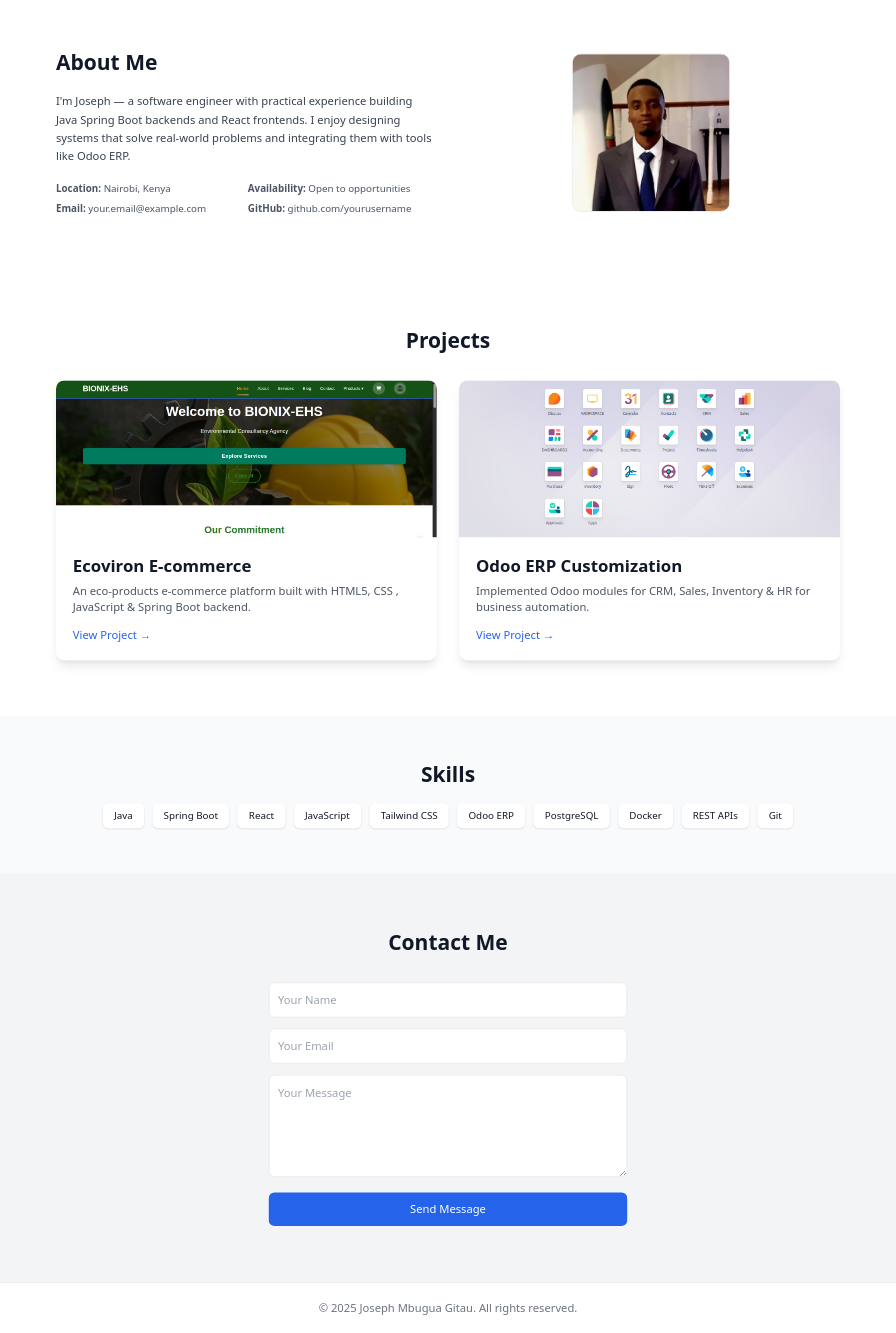
Repository: mbuguag/Portfolio
Page: /
An editor plug-in stored every save of this project. The page is shown before and after the next save, followed by the edit.
The browser window is 1280 px wide. The pictures show the part of the page from y = 729 to 2649 px (the page is 2633 px tall before and 2649 px after), at 70% of full size.
The project was rebuilt for these pictures with package versions that can differ from the ones it lists, and the page was loaded fresh each time. Also part of the build but not shown: vite.config.js.

Above is the page before, as saved 2025-10-24 10:12:46.

### index.html
<!doctype html>
<html lang="en">
  <head>
    <meta charset="UTF-8" />
    <link rel="icon" type="image/svg+xml" href="/vite.svg" />
    <meta name="viewport" content="width=device-width, initial-scale=1.0" />
    <title>dev-portfolio</title>
  </head>
  <body>
    <div id="root"></div>
    <script type="module" src="/src/main.jsx"></script>
  </body>
</html>

### src/index.css
@tailwind base;
@tailwind components;
@tailwind utilities;

/* Global */
:root {
  scroll-behavior: smooth;
}

body {
  @apply bg-white text-gray-900 dark:bg-gray-900 dark:text-gray-100 font-sans;
}

/* container helper */
.container {
  @apply max-w-6xl mx-auto px-4;
}

/* small utility */
.section-title {
  @apply text-3xl font-semibold mb-6;
}

.card {
  @apply bg-white dark:bg-gray-800 rounded-xl shadow-sm overflow-hidden;
}

### src/App.jsx
import Navbar from "./components/Navbar/Navbar";
import Hero from "./components/Hero/Hero";
import About from "./components/About/About";
import Projects from "./components/Projects";
import Skills from "./components/Skills/Skills";
import Contact from "./components/Contact/Contact";
import Footer from "./components/Footer/Footer";

function App() {
  return (
    <>
      <Navbar />
      <Hero />
      <About />
      <Projects />
      <Skills />
      <Contact />
      <Footer />
    </>
  );
}

export default App;

### src/components/Navbar/Navbar.jsx
import React from "react";

export default function Navbar() {
  return (
    <header className="fixed top-0 left-0 right-0 z-50 bg-white/80 dark:bg-gray-900/80 backdrop-blur-sm border-b border-gray-200 dark:border-gray-800">
      <div className="container flex items-center justify-between py-3">
        <a href="#home" className="text-xl font-bold text-blue-600">Mbugua.Dev</a>

        <nav className="hidden md:flex gap-6 items-center text-sm text-gray-700 dark:text-gray-300">
          <a href="#about" className="hover:text-blue-600">About</a>
          <a href="#skills" className="hover:text-blue-600">Skills</a>
          <a href="#projects" className="hover:text-blue-600">Projects</a>
          <a href="#contact" className="hover:text-blue-600">Contact</a>
          <a
            href="/resume.pdf"
            className="ml-4 inline-block px-4 py-2 text-sm border rounded-md border-blue-600 text-blue-600 hover:bg-blue-600 hover:text-white transition"
            download
          >
            Resume
          </a>
        </nav>

        {/* mobile placeholder (expand later if you want a menu) */}
        <div className="md:hidden text-sm text-gray-700 dark:text-gray-300">
          <a href="#projects" className="px-3 py-1 bg-blue-600 text-white rounded-md">View Work</a>
        </div>
      </div>
    </header>
  );
}

### src/components/Hero/Hero.jsx
import React from "react";

export default function Hero() {
  return (
    <section id="home" className="min-h-screen flex items-center justify-center pt-20">
      <div className="container text-center py-24">
        <h1 className="text-4xl sm:text-5xl lg:text-6xl font-extrabold leading-tight">
          Hi, I’m <span className="text-blue-600">Joseph Mbugua Gitau</span>
        </h1>
        <p className="mt-6 text-lg text-gray-600 dark:text-gray-300 max-w-2xl mx-auto">
          Software Engineer — I build scalable backends and clean frontends.
          Main stack: Spring Boot, React, Odoo ERP integrations.
        </p>

        <div className="mt-10 flex justify-center gap-4">
          <a href="#projects" className="px-6 py-3 bg-blue-600 text-white rounded-lg shadow hover:bg-blue-700 transition">
            View Projects
          </a>
          <a href="mailto:your.email@example.com" className="px-6 py-3 border rounded-lg border-gray-300 dark:border-gray-700 hover:bg-gray-100 dark:hover:bg-gray-800 transition">
            Contact Me
          </a>
        </div>
      </div>
    </section>
  );
}

### src/components/About/About.jsx
import React from "react";

export default function About() {
  return (
    <section id="about" className="py-20">
      <div className="container grid md:grid-cols-2 gap-10 items-center">
        <div>
          <h2 className="section-title">About Me</h2>
          <p className="text-gray-700 dark:text-gray-300 leading-relaxed">
            I'm Joseph — a software engineer with practical experience building Java Spring Boot backends and React frontends.
            I enjoy designing systems that solve real-world problems and integrating them with tools like Odoo ERP.
          </p>

          <ul className="mt-6 grid grid-cols-2 gap-2 text-sm text-gray-600 dark:text-gray-400">
            <li><strong>Location:</strong> Nairobi, Kenya</li>
            <li><strong>Availability:</strong> Open to opportunities</li>
            <li><strong>Email:</strong> your.email@example.com</li>
            <li><strong>GitHub:</strong> github.com/yourusername</li>
          </ul>
        </div>

        <div className="flex justify-center">
          <div className="w-56 h-56 rounded-xl overflow-hidden ring-1 ring-gray-200 dark:ring-gray-700">
            <img src="/profile.jpg" alt="Joseph Mbugua" className="w-full h-full object-cover" />
          </div>
        </div>
      </div>
    </section>
  );
}

### src/components/Projects.jsx
const projects = [
  {
    title: "Ecoviron E-commerce",
    description: "An eco-products e-commerce platform built with HTML5, CSS , JavaScript & Spring Boot backend.",
    image: "/Bionix.png",
    link: "https://www.bionix-hse.co.ke",
  },
  {
    title: "Odoo ERP Customization",
    description: "Implemented Odoo modules for CRM, Sales, Inventory & HR for business automation.",
    image: "/Odoo.png",
    link: "#",
  },
];

export default function Projects() {
  return (
    <section id="projects" className="py-20 container">
      <h2 className="text-3xl font-bold mb-10 text-center">Projects</h2>
      <div className="grid md:grid-cols-2 gap-8">
        {projects.map((proj) => (
          <div key={proj.title} className="bg-white dark:bg-gray-800 rounded-xl shadow-lg overflow-hidden">
            <img src={proj.image} alt={proj.title} className="w-full h-56 object-cover" />
            <div className="p-6">
              <h3 className="text-2xl font-semibold mb-2">{proj.title}</h3>
              <p className="text-gray-600 dark:text-gray-300 mb-4">{proj.description}</p>
              <a href={proj.link} target="_blank" className="text-blue-600 hover:text-blue-800 dark:text-blue-400 dark:hover:text-blue-200">View Project →</a>
            </div>
          </div>
        ))}
      </div>
    </section>
  );
}

### src/components/Skills/Skills.jsx
import React from "react";

const skills = [
  "Java", "Spring Boot", "React", "JavaScript", "Tailwind CSS",
  "Odoo ERP", "PostgreSQL", "Docker", "REST APIs", "Git"
];

export default function Skills() {
  return (
    <section id="skills" className="py-16 bg-gray-50 dark:bg-gray-800">
      <div className="container">
        <h2 className="section-title text-center">Skills</h2>
        <div className="mt-6 flex flex-wrap justify-center gap-3">
          {skills.map((s) => (
            <span key={s} className="px-4 py-2 rounded-lg bg-white dark:bg-gray-700 shadow text-sm">
              {s}
            </span>
          ))}
        </div>
      </div>
    </section>
  );
}

### src/components/Contact/Contact.jsx
export default function Contact() {
  return (
    <section id="contact" className="py-20 bg-gray-100 dark:bg-gray-800">
      <h2 className="text-3xl font-bold mb-10 text-center">Contact Me</h2>
      <form className="max-w-lg mx-auto space-y-4">
        <input type="text" placeholder="Your Name" className="w-full p-3 rounded-lg border dark:bg-gray-700 dark:border-gray-600" />
        <input type="email" placeholder="Your Email" className="w-full p-3 rounded-lg border dark:bg-gray-700 dark:border-gray-600" />
        <textarea placeholder="Your Message" rows="5" className="w-full p-3 rounded-lg border dark:bg-gray-700 dark:border-gray-600"></textarea>
        <button className="w-full bg-blue-600 text-white py-3 rounded-lg hover:bg-blue-700 transition">Send Message</button>
      </form>
    </section>
  );
}

### src/components/Footer/Footer.jsx
export default function Footer() {
  return (
    <footer className="py-6 text-center text-gray-500 dark:text-gray-400 border-t border-gray-200 dark:border-gray-700">
      © {new Date().getFullYear()} Joseph Mbugua Gitau. All rights reserved.
    </footer>
  );
}

Loaded but not shown: src/main.jsx (common file); tailwind.config.js (common file)

After the next save:
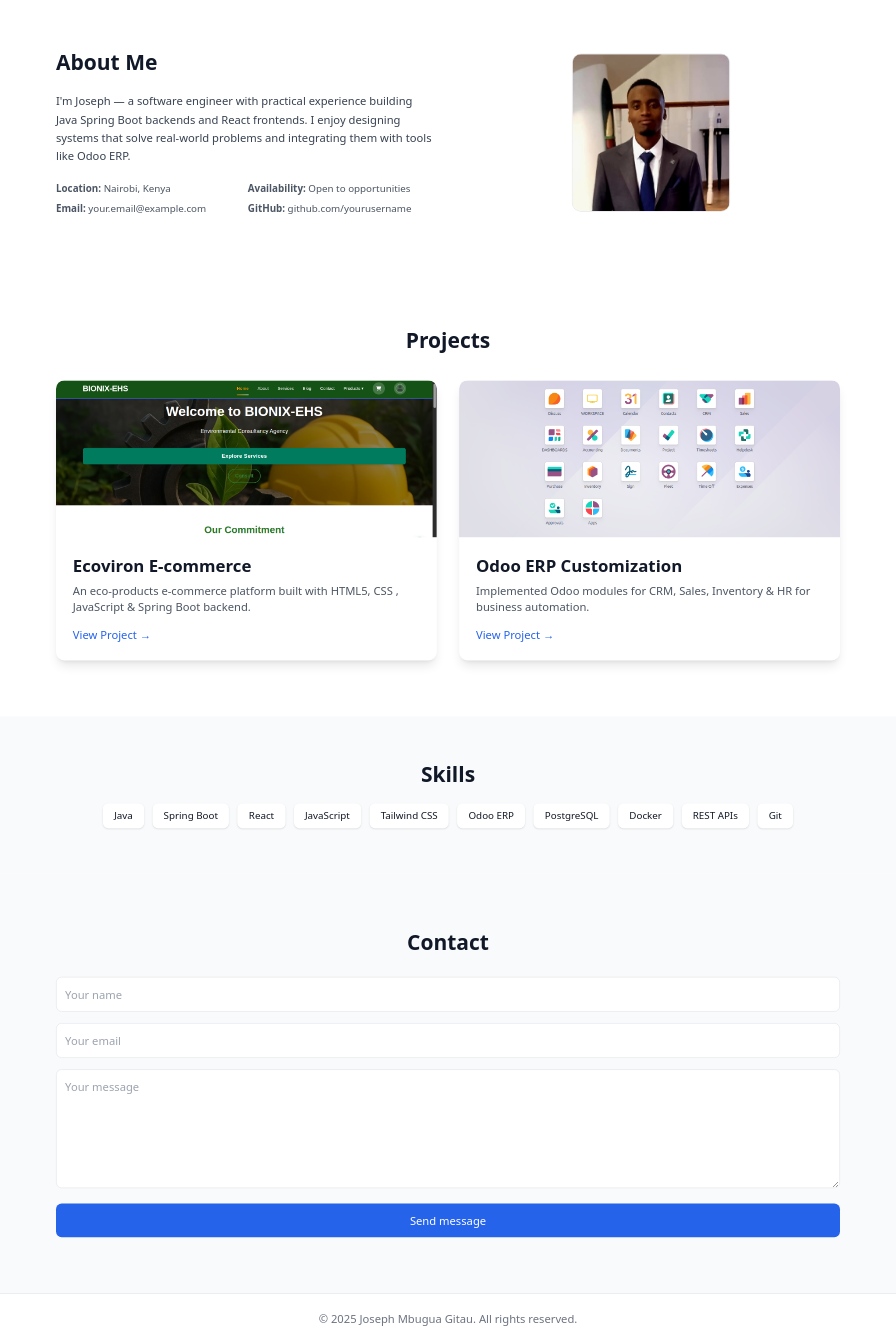
Saved 22 min 48 s later.
--- a/src/components/Contact/Contact.jsx
+++ b/src/components/Contact/Contact.jsx
@@ -1,13 +1,32 @@
+import React, { useState } from "react";
+
 export default function Contact() {
+  const [sent, setSent] = useState(false);
+
+  const onSubmit = (e) => {
+    e.preventDefault();
+    // simple mailto fallback (replace with EmailJS or backend later)
+    const form = e.target;
+    const name = form.name.value;
+    const email = form.email.value;
+    const message = form.message.value;
+    window.location.href = `mailto:your.email@example.com?subject=Portfolio%20Contact%20from%20${encodeURIComponent(name)}&body=${encodeURIComponent(message + "\n\nFrom: " + email)}`;
+    setSent(true);
+  };
+
   return (
-    <section id="contact" className="py-20 bg-gray-100 dark:bg-gray-800">
-      <h2 className="text-3xl font-bold mb-10 text-center">Contact Me</h2>
-      <form className="max-w-lg mx-auto space-y-4">
-        <input type="text" placeholder="Your Name" className="w-full p-3 rounded-lg border dark:bg-gray-700 dark:border-gray-600" />
-        <input type="email" placeholder="Your Email" className="w-full p-3 rounded-lg border dark:bg-gray-700 dark:border-gray-600" />
-        <textarea placeholder="Your Message" rows="5" className="w-full p-3 rounded-lg border dark:bg-gray-700 dark:border-gray-600"></textarea>
-        <button className="w-full bg-blue-600 text-white py-3 rounded-lg hover:bg-blue-700 transition">Send Message</button>
-      </form>
+    <section id="contact" className="py-20 bg-gray-50 dark:bg-gray-900">
+      <div className="container max-w-xl">
+        <h2 className="section-title text-center">Contact</h2>
+
+        <form onSubmit={onSubmit} className="mt-8 space-y-4">
+          <input name="name" required placeholder="Your name" className="w-full p-3 rounded-lg border border-gray-200 dark:border-gray-700 bg-white dark:bg-gray-800" />
+          <input name="email" type="email" required placeholder="Your email" className="w-full p-3 rounded-lg border border-gray-200 dark:border-gray-700 bg-white dark:bg-gray-800" />
+          <textarea name="message" rows="6" required placeholder="Your message" className="w-full p-3 rounded-lg border border-gray-200 dark:border-gray-700 bg-white dark:bg-gray-800"></textarea>
+          <button className="w-full px-4 py-3 bg-blue-600 text-white rounded-lg">Send message</button>
+          {sent && <p className="text-sm text-green-600">Mail client opened — you can send the email now.</p>}
+        </form>
+      </div>
     </section>
   );
 }
